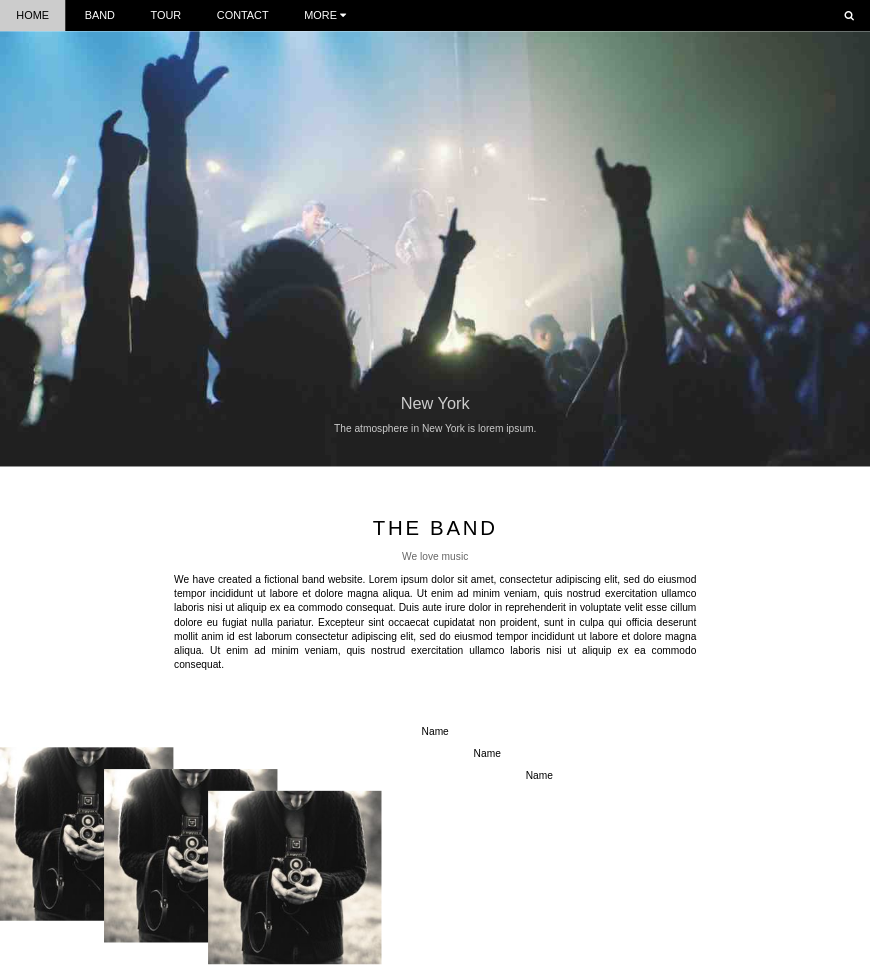
Repository: nguyenhoang2002062929/band
Page: index.html
An editor plug-in stored every save of this project. The page is shown before and after the next save, followed by the edit.
The browser window is 1280 px wide. The pictures show the whole page, at 68% of full size.

Above is the page before, as saved 2023-06-04 15:18:29.

After the next save:
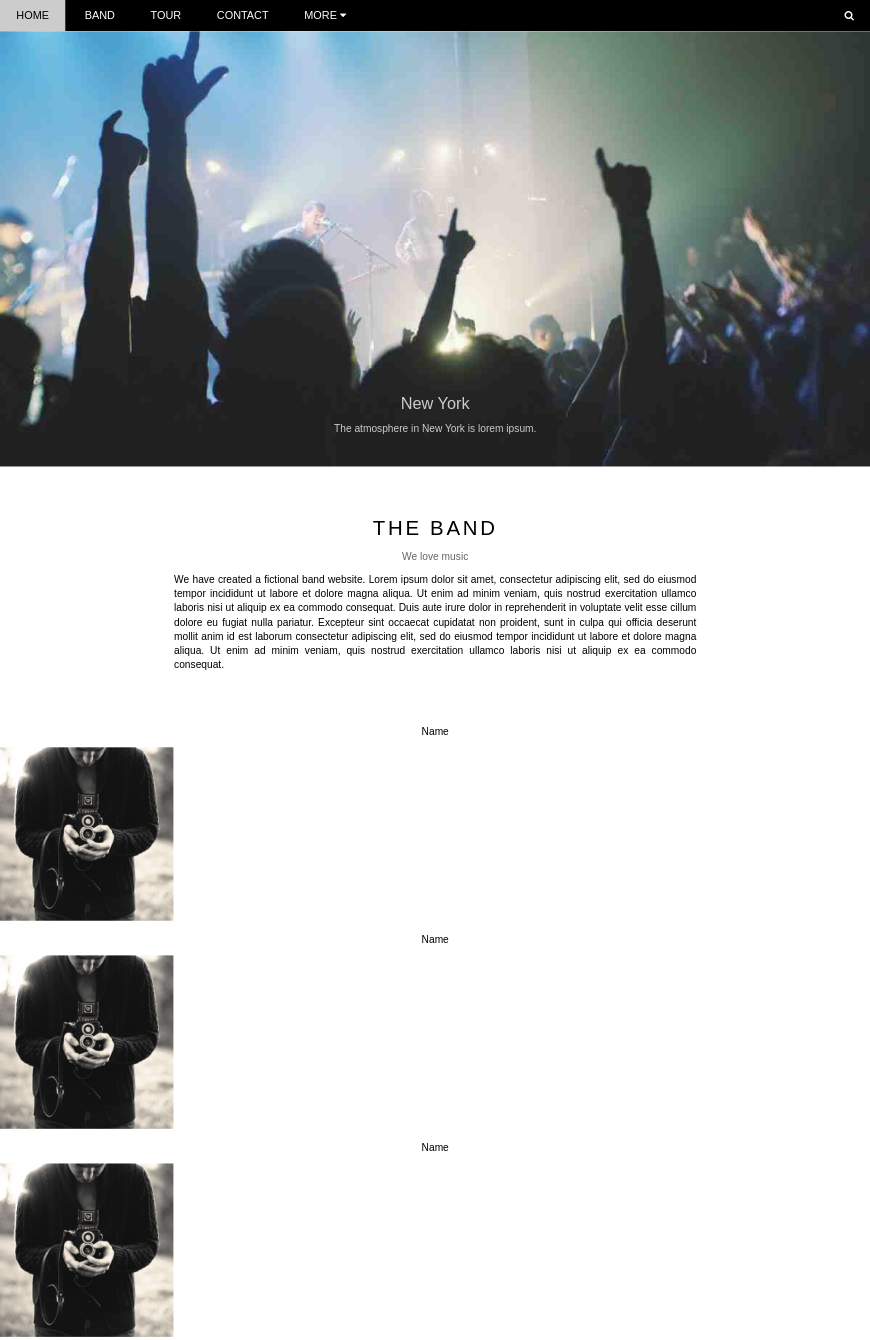
Saved 36 s later.
--- a/assets/css/style.css
+++ b/assets/css/style.css
@@ -130,7 +130,4 @@ cursor: pointer;
 }
 .member-img{
     width: 153px;
-    height: 153px;
-    text-align: center;
-    float: left;
 }
